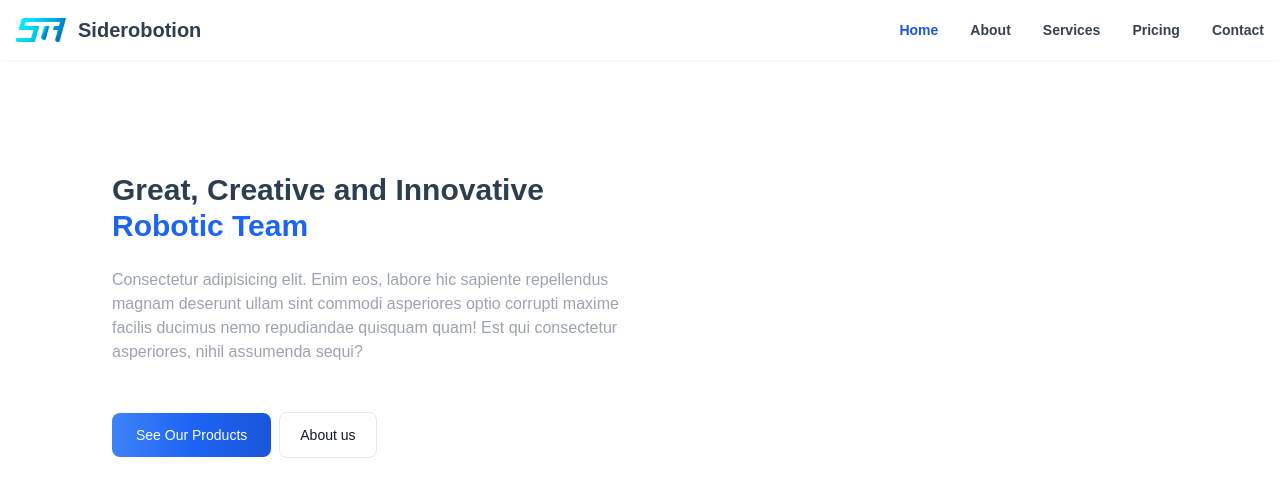
Repository: khulqu15/siderobotion
Page: /
The author's editor kept a copy of each file at every save. The page is drawn from the files as they stood at one save, then again after the next save.
The browser window is 1280 px wide. The pictures show the whole page.
The project was rebuilt for these pictures with package versions that can differ from the ones it lists, and the page was loaded fresh each time. Also part of the build but not shown: vue.config.js.

Above is the page before, as saved 2022-06-12 02:15:39.

### src/main.js
import { createApp } from 'vue'
import App from './App.vue'
import './registerServiceWorker'
import router from './router'
import store from './store'
import 'flowbite'
import './index.css'

createApp(App)
  .use(store)
  .use(router)
  .mount('#app')

### src/index.css
@tailwind base;
@tailwind components;
@tailwind utilities;
@import url('https://fonts.googleapis.com/css2?family=Poppins:ital,wght@0,100;0,200;0,300;0,400;0,500;0,600;0,700;0,800;0,900;1,100;1,200;1,300;1,400;1,500;1,600;1,700;1,800;1,900&display=swap');

* {
  font-family: 'Poppins', sans-serif !important;
}

### src/views/HomeView.vue
<template>

  <web-layout>
    <div class="px-28 grid grid-cols-2 gap-4">
      <div class="py-28 text-start">
        <h1 class="text-3xl font-semibold">Great, Creative and Innovative <span class="text-blue-600">Robotic Team</span> </h1>
        <p class="text-gray-400 mt-6 mb-12">Consectetur adipisicing elit. Enim eos, labore hic sapiente repellendus magnam deserunt ullam sint commodi asperiores optio corrupti maxime facilis ducimus nemo repudiandae quisquam quam! Est qui consectetur asperiores, nihil assumenda sequi?</p>
        <button type="button" class="text-white bg-gradient-to-r from-blue-500 via-blue-600 to-blue-700 hover:bg-gradient-to-br focus:ring-4 focus:outline-none focus:ring-blue-300 dark:focus:ring-blue-800 font-medium rounded-lg text-sm px-6 py-3 text-center mr-2 mb-2">See Our Products</button>
        <button type="button" class="py-3 px-5 mr-2 mb-2 text-sm font-medium text-gray-900 focus:outline-none bg-white rounded-lg border border-gray-200 hover:bg-gray-100 hover:text-blue-700 focus:z-10 focus:ring-4 focus:ring-gray-200">About us</button>
      </div>
    </div>
  </web-layout>

</template>

<script>
import WebLayout from '@/layouts/WebLayout.vue'
export default {
  name: 'HomeView',
  components: {
    WebLayout
  }
}
</script>

### src/layouts/WebLayout.vue
<template>
  <div id="app-web">
    <div id="nav">
      <navigation-header/>
    </div>
    <div id="body-content">
      <slot id="content"></slot>
    </div>
  </div>
</template>

<script>
import NavigationHeader from '@/components/NavigationHeader.vue'
export default {
  components: {
    NavigationHeader
  }
}
</script>

### src/components/NavigationHeader.vue
<template>
  <div>
    <nav class="bg-white border-gray-200 px-2 sm:px-4 py-4 shadow-sm rounded dark:bg-gray-800">
      <div class="container flex flex-wrap justify-between items-center mx-auto">
        <a href="/" class="flex items-center">
          <img :src="require('@/assets/logo.webp')" class="mr-3 h-4 sm:h-6" alt="Siderobotion Logo">
          <span class="self-center text-xl font-semibold whitespace-nowrap dark:text-white">Siderobotion</span>
        </a>
        <button data-collapse-toggle="mobile-menu" type="button" class="inline-flex items-center p-2 ml-3 text-sm text-gray-500 rounded-lg md:hidden hover:bg-gray-100 focus:outline-none focus:ring-2 focus:ring-gray-200 dark:text-gray-400 dark:hover:bg-gray-700 dark:focus:ring-gray-600" aria-controls="mobile-menu" aria-expanded="false">
          <span class="sr-only">Open main menu</span>
          <svg class="w-6 h-6" fill="currentColor" viewBox="0 0 20 20" xmlns="http://www.w3.org/2000/svg"><path fill-rule="evenodd" d="M3 5a1 1 0 011-1h12a1 1 0 110 2H4a1 1 0 01-1-1zM3 10a1 1 0 011-1h12a1 1 0 110 2H4a1 1 0 01-1-1zM3 15a1 1 0 011-1h12a1 1 0 110 2H4a1 1 0 01-1-1z" clip-rule="evenodd"></path></svg>
          <svg class="hidden w-6 h-6" fill="currentColor" viewBox="0 0 20 20" xmlns="http://www.w3.org/2000/svg"><path fill-rule="evenodd" d="M4.293 4.293a1 1 0 011.414 0L10 8.586l4.293-4.293a1 1 0 111.414 1.414L11.414 10l4.293 4.293a1 1 0 01-1.414 1.414L10 11.414l-4.293 4.293a1 1 0 01-1.414-1.414L8.586 10 4.293 5.707a1 1 0 010-1.414z" clip-rule="evenodd"></path></svg>
        </button>
        <div class="hidden w-full md:block md:w-auto" id="mobile-menu">
          <ul class="flex flex-col mt-4 md:flex-row md:space-x-8 md:mt-0 md:text-sm md:font-medium">
            <li>
              <a href="#" class="block py-2 pr-4 pl-3 text-white bg-blue-700 rounded md:bg-transparent md:text-blue-700 md:p-0 dark:text-white" aria-current="page">Home</a>
            </li>
            <li>
              <a href="#" class="block py-2 pr-4 pl-3 text-gray-700 border-b border-gray-100 hover:bg-gray-50 md:hover:bg-transparent md:border-0 md:hover:text-blue-700 md:p-0 dark:text-gray-400 md:dark:hover:text-white dark:hover:bg-gray-700 dark:hover:text-white md:dark:hover:bg-transparent dark:border-gray-700">About</a>
            </li>
            <li>
              <a href="#" class="block py-2 pr-4 pl-3 text-gray-700 border-b border-gray-100 hover:bg-gray-50 md:hover:bg-transparent md:border-0 md:hover:text-blue-700 md:p-0 dark:text-gray-400 md:dark:hover:text-white dark:hover:bg-gray-700 dark:hover:text-white md:dark:hover:bg-transparent dark:border-gray-700">Services</a>
            </li>
            <li>
              <a href="#" class="block py-2 pr-4 pl-3 text-gray-700 border-b border-gray-100 hover:bg-gray-50 md:hover:bg-transparent md:border-0 md:hover:text-blue-700 md:p-0 dark:text-gray-400 md:dark:hover:text-white dark:hover:bg-gray-700 dark:hover:text-white md:dark:hover:bg-transparent dark:border-gray-700">Pricing</a>
            </li>
            <li>
              <a href="#" class="block py-2 pr-4 pl-3 text-gray-700 hover:bg-gray-50 md:hover:bg-transparent md:border-0 md:hover:text-blue-700 md:p-0 dark:text-gray-400 md:dark:hover:text-white dark:hover:bg-gray-700 dark:hover:text-white md:dark:hover:bg-transparent">Contact</a>
            </li>
          </ul>
        </div>
      </div>
    </nav>

  </div>
</template>

### tailwind.config.js
module.exports = {

  content: [
    "./index.html",
    "./src/**/*.{vue,js,ts,jsx,tsx}",
    "./node_modules/flowbite/**/*.js",
  ],
  theme: {
    extend: {},
  },
  plugins: [
    require('flowbite/plugin')
  ]

}

Loaded but not shown: public/index.html (common file); src/App.vue (common file); src/registerServiceWorker.js (common file); src/router/index.js (common file); src/store/index.js (common file)

After the next save:
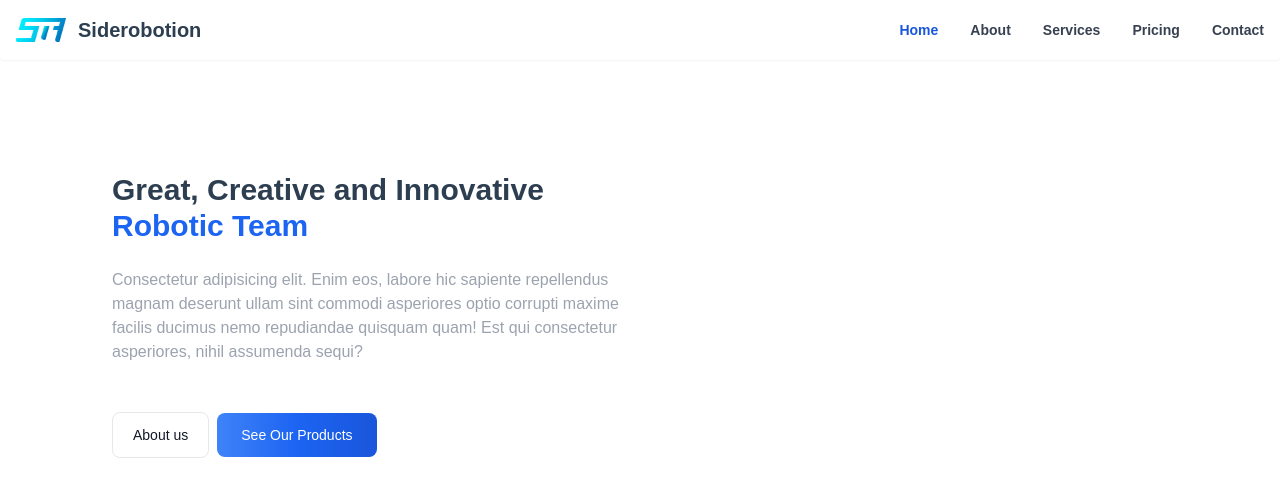
Saved 7 s later.
--- a/src/views/HomeView.vue
+++ b/src/views/HomeView.vue
@@ -5,8 +5,8 @@
       <div class="py-28 text-start">
         <h1 class="text-3xl font-semibold">Great, Creative and Innovative <span class="text-blue-600">Robotic Team</span> </h1>
         <p class="text-gray-400 mt-6 mb-12">Consectetur adipisicing elit. Enim eos, labore hic sapiente repellendus magnam deserunt ullam sint commodi asperiores optio corrupti maxime facilis ducimus nemo repudiandae quisquam quam! Est qui consectetur asperiores, nihil assumenda sequi?</p>
+        <button type="button" class="py-3 px-5 mr-2 mb-2 text-sm font-medium text-gray-900 focus:outline-none bg-white rounded-lg border border-gray-200 hover:bg-gray-100 hover:text-blue-700 focus:z-10 focus:ring-4 focus:ring-gray-200">About us</button>
         <button type="button" class="text-white bg-gradient-to-r from-blue-500 via-blue-600 to-blue-700 hover:bg-gradient-to-br focus:ring-4 focus:outline-none focus:ring-blue-300 dark:focus:ring-blue-800 font-medium rounded-lg text-sm px-6 py-3 text-center mr-2 mb-2">See Our Products</button>
-        <button type="button" class="py-3 px-5 mr-2 mb-2 text-sm font-medium text-gray-900 focus:outline-none bg-white rounded-lg border border-gray-200 hover:bg-gray-100 hover:text-blue-700 focus:z-10 focus:ring-4 focus:ring-gray-200">About us</button>
       </div>
     </div>
   </web-layout>
